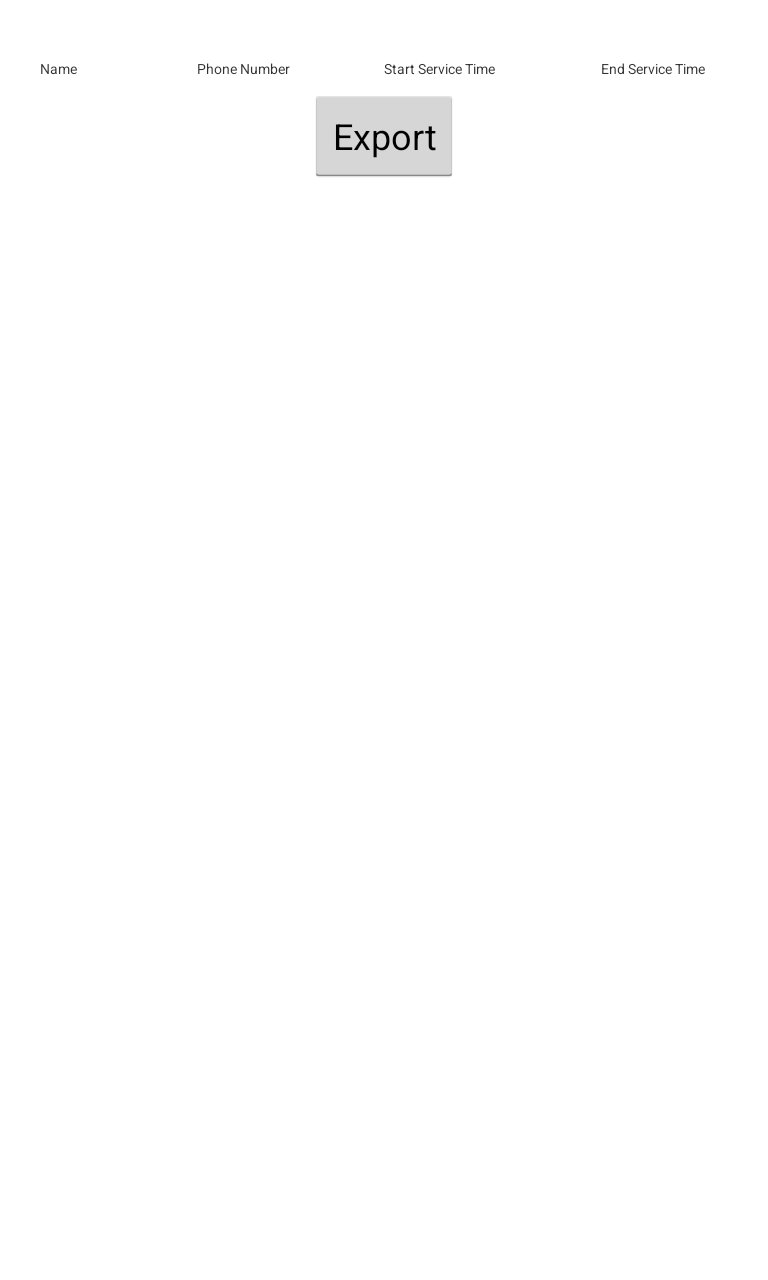
Repository: judemailom/queue-manager
Layout: QueueManager/res/layout/activity_logs.xml
These files come from the project's save history. The layout is drawn as it stood at one moment and after the next save; the edit follows.
It is drawn on a 768 x 1280 px phone screen (xhdpi) without system bars, with theme AppTheme; the app's code is not run.

Above is the layout before, as saved 2014-02-04 15:42:43.

### QueueManager/res/layout/activity_logs.xml
<ScrollView xmlns:android="http://schemas.android.com/apk/res/android"
    xmlns:tools="http://schemas.android.com/tools"
    android:layout_width="match_parent"
    android:layout_height="wrap_content"
    tools:context=".LogsActivity" >

	<LinearLayout
	    android:layout_width="match_parent"
	    android:layout_height="wrap_content"
	    android:orientation="vertical" >

		<!-- <Button
		    android:id="@+id/select_date"
		    style="?android:attr/buttonStyleSmall"
		    android:layout_width="wrap_content"
		    android:layout_height="wrap_content"
		    android:text="@string/select_date_button"
		    android:onClick="showDatePickerDialog"/>
		 -->

        <TableLayout
            android:id="@+id/table_log"
            android:layout_width="match_parent"
            android:layout_height="wrap_content" >

            <TableRow
                android:id="@+id/date_header"
                android:layout_width="match_parent"
                android:layout_height="wrap_content"
                android:gravity="center_horizontal" >

                <TextView
                    android:id="@+id/log_date"
                    android:layout_width="wrap_content"
                    android:layout_height="wrap_content"
                    android:gravity="center"
            		android:layout_span="4"
            		android:textStyle="bold"
                    android:textAppearance="?android:attr/textAppearanceMedium" />

            </TableRow>

        	<TableRow
        	    android:id="@+id/log_header"
        	    android:layout_width="wrap_content"
        	    android:layout_height="wrap_content"
        	    android:padding="@dimen/table_padding" >

        	    <TextView
        	        android:layout_width="0dp"
        	        android:layout_height="wrap_content"
        	        android:layout_gravity="center_vertical"
        	        android:layout_weight="1"
        	        android:gravity="left"
        	        android:paddingLeft="15dp"
        	        android:paddingRight="5dp"
        	        android:text="@string/name_head"
        	        android:textSize="14px" />

        	    <TextView
        	        android:layout_width="0dp"
        	        android:layout_height="wrap_content"
        	        android:layout_weight="1"
        	        android:gravity="left"
        	        android:paddingRight="5dp"
        	        android:text="@string/number_head"
        	        android:textSize="14px" />

        	    <TextView
        	        android:layout_width="0dp"
        	        android:layout_height="wrap_content"
        	        android:layout_gravity="center_vertical"
        	        android:layout_weight="1"
        	        android:gravity="left"
        	        android:paddingRight="5dp"
        	        android:text="@string/start_head"
        	        android:textSize="14px" />

        	    <TextView
        	        android:layout_width="0dp"
        	        android:layout_height="wrap_content"
        	        android:layout_gravity="center_vertical"
        	        android:layout_weight="1"
        	        android:gravity="left"
        	        android:paddingLeft="15dp"
        	        android:text="@string/end_head"
        	        android:textSize="14px" />
        	</TableRow>

		</TableLayout>

        <Button
            android:layout_width="wrap_content"
            android:layout_height="wrap_content"
            android:layout_gravity="center_vertical|center_horizontal"
            android:text="@string/export_button"
            android:onClick="export_method" />


	</LinearLayout>

</ScrollView>

### QueueManager/res/values/styles.xml
<resources>

    <!--
        Base application theme, dependent on API level. This theme is replaced
        by AppBaseTheme from res/values-vXX/styles.xml on newer devices.
    -->
    <style name="AppBaseTheme" parent="android:Theme.Light.NoTitleBar">
        <!--
            Theme customizations available in newer API levels can go in
            res/values-vXX/styles.xml, while customizations related to
            backward-compatibility can go here.
        -->
    </style>

    <!-- Application theme. -->
    <style name="AppTheme" parent="AppBaseTheme">
        <!-- All customizations that are NOT specific to a particular API-level can go here. -->
    </style>
    <color name="white">#FFFFFF</color>
    <color name="gray">#F0F0F0</color>

</resources>

### QueueManager/res/values/strings.xml
<?xml version="1.0" encoding="utf-8"?>
<resources>

    <string name="app_name">Queue Manager</string>
    <string name="action_settings">Edit Profile</string>
    <string name="title">Logo</string>
    <string name="login">Login</string>
    <string name="hint_password">Password</string>
    <string name="title_activity_home">HomeActivity</string>
    <string name="hello_world">Hello world!</string>
    <string name="desc_calendar">calendar</string>
    <string name="desc_queue">queue count</string>
    <string name="desc_clock">clock</string>
    <string name="button_close">OPEN QUEUE</string>
    <string name="button_pause">CLOSE QUEUE</string>
    <string name="button_export">EXPORT</string>
    <string name="title_activity_queue">Queue</string>
    <string name="now_serving">Now Serving</string>
    <string name="current_queue">Current Queue</string>
    <string name="desc_now_serving">now_serving</string>
    <string name="desc_current_queue">current_queue</string>
    <string name="queue_count">CLOSED QUEUE</string>
    <string name="about">About</string>
    <string name="help">Help</string>
    <string name="title_activity_settings">Settings</string>
    <string name="title_activity_about">About</string>
    <string name="title_activity_help">Help</string>
    <string name="company_name">Company Name</string>
    <string name="hint"></string>
    <string name="profile_address">Address</string>
    <string name="profile_phone">Contact No.</string>
    <string name="profile_password">Password</string>
    <string name="save">Save</string>
    <string name="title_activity_logs">LogsActivity</string>
	<string name="name_head">Name</string>
	<string name="number_head">Phone Number</string>
	<string name="start_head">Start Service Time</string>
	<string name="end_head">End Service Time</string>
	<string name="log">Logs</string>
	<string name="export_button">Export</string>
	<string name="select_date_button">Select Date</string>

</resources>

### QueueManager/res/values/dimens.xml
<resources>

    <!-- Default screen margins, per the Android Design guidelines. -->
    <dimen name="activity_horizontal_margin">20dp</dimen>
    <dimen name="activity_vertical_margin">20dp</dimen>
    <dimen name="font_title">50dp</dimen>
    <dimen name="font_home">20dp</dimen>
    <dimen name="table_padding">5dp</dimen>

</resources>

Loaded but not shown: QueueManager/res/values-v11/styles.xml (common file); QueueManager/res/values-v14/styles.xml (common file)

After the next save:
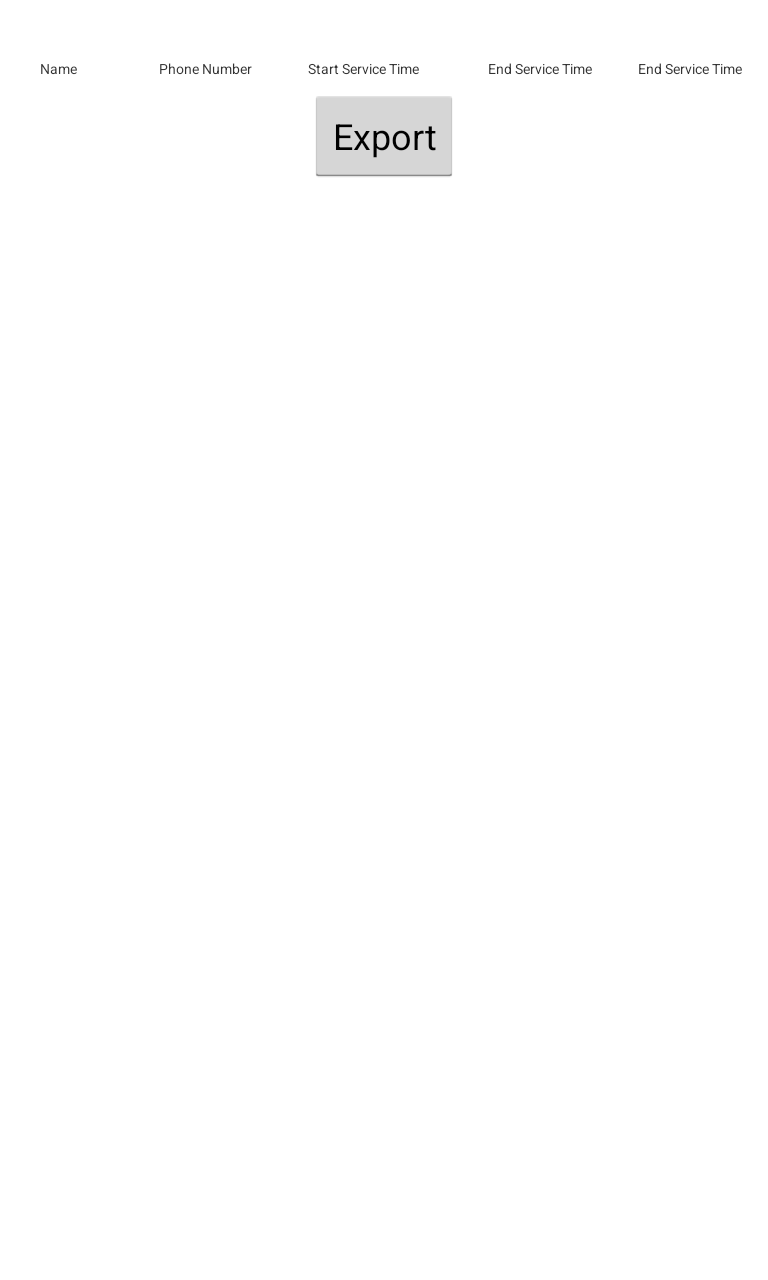
Saved 24 h 11 min later.
--- a/QueueManager/res/layout/activity_logs.xml
+++ b/QueueManager/res/layout/activity_logs.xml
@@ -85,6 +85,16 @@
         	        android:paddingLeft="15dp"
         	        android:text="@string/end_head"
         	        android:textSize="14px" />
+
+        	    <TextView
+        	        android:layout_width="0dp"
+        	        android:layout_height="wrap_content"
+        	        android:layout_gravity="center_vertical"
+        	        android:layout_weight="1"
+        	        android:gravity="left"
+        	        android:paddingLeft="15dp"
+        	        android:text="@string/end_head"
+        	        android:textSize="14px" />
         	</TableRow>
 
 		</TableLayout>
